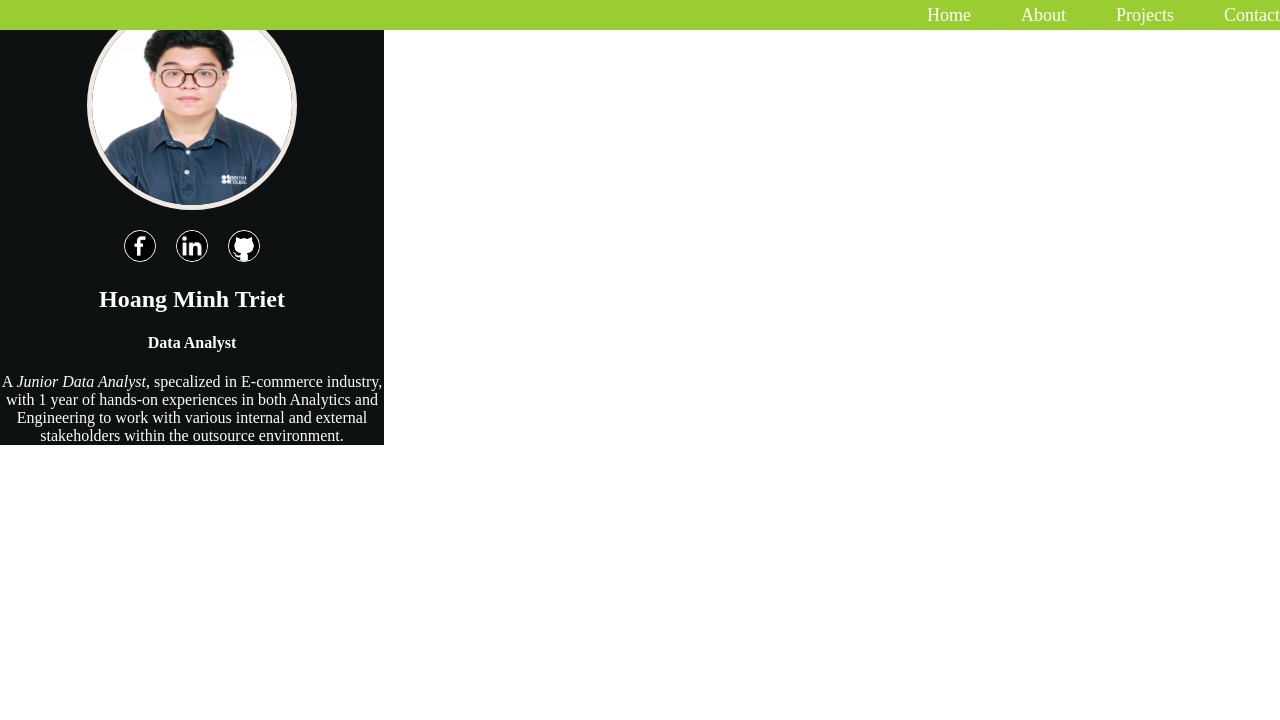
Repository: MinnTrit/personal_website
Page: http://localhost/
These files come from the project's save history. The page is drawn as it stood at one moment and after the next save; the edit follows.
The browser window is 1280 px wide. The pictures show the whole page.
The page is served by the project's application, run on Flask 3 (app.py).

Above is the page before, as saved 2025-01-29 12:23:08.

### templates/index.html
<!DOCTYPE html>
<html lang="en">
<head>
    <meta charset="UTF-8">
    <meta name="viewport" content="width=device-width, initial-scale=1.0">
    <link rel="stylesheet" href="{{ url_for('static', filename='css/styles.css') }}">
    <title>Data Engineer - Hoang Minh Triet</title>
</head>
<body>
    <header>
        <nav class="navbar">
            <a href="">Home</a>
            <a href="">About</a>
            <a href="">Projects</a>
            <a href="">Contact</a>
        </nav>
    </header>
    <main>
        <div class="picture">
            <img src="{{ url_for('static', filename='imgs/personal_image.jpg') }}" alt="personalImage">
            <div class="information">
                <a href="https://www.facebook.com/minhtriet05042003/" target="_blank">
                    <img class="facebook" src="{{ url_for('static', filename='imgs/facebook.jpg') }}" alt="facebook">
                </a>
                <a href="https://www.linkedin.com/in/minchit0504/" target="_blank">
                    <img class="linkedin" src="{{ url_for('static', filename='imgs/linkedin-logo.png') }}" alt="linkedin">
                </a>
                <a href="https://www.linkedin.com/in/minchit0504/" target="_blank">
                    <img class="github" src="{{ url_for('static', filename='imgs/github.png') }}" alt="github">
                </a>
            </div>
            <div class="pictureText">
                <h2>Hoang Minh Triet</h2>
                <h4>Data Analyst</h4>
                <p>A <em>Junior Data Analyst</em>, specalized in E-commerce industry, with 1 year of hands-on experiences in both Analytics and Engineering to work with various internal and external stakeholders within the outsource environment.</p>
            </div>
        </div>
    </main>
</body>
</html>

### app.py
from flask import Flask, request, render_template
app = Flask(__name__)
app.debug=True
#Initialize common variables
@app.route('/', methods=['GET', 'POST'])
def index():
    if request.method == 'GET':
        return render_template('index.html')

if __name__ == '__main__':
    app.run(host='0.0.0.0', port=5002, debug=True)

### static/css/styles.css
header {
    position: fixed; /* Position the header to always be at the top */
    top: 0px;
    left: 0px;
    width: 100%;
    height: 30px;
    background: yellowgreen;
    display: flex;
    align-items: center;
    justify-content: flex-end;
}

main {
    margin-top: 0px;
}

header .navbar {
    display: flex;
    gap: 50px;
}

.navbar a {
    font-size: 18px;
    color: white;
    text-decoration: none;
    font-weight: 500;
}

.navbar a:hover {
    color: #00abf0
}

html, body {
    height: 100%;
    margin: 0;
    color: white;
}

.picture {
    background-color:#0e1111;
    width: 30%;
    height: 100%;
}

.picture img {
    display: block;
    width: 200px;
    height: 200px;
    margin-left: auto;
    margin-right: auto;
    border-radius: 50%;
    border: 5px solid;
    border-color:#efe9e2;
}

.picture .pictureText {
    text-align: center;
    transform: translateY(100%);
    opacity: 0;
    animation: slideInFromBottom 1s ease-in-out forwards;
}

@keyframes slideInFromBottom {
    0% {
        transform: translateY(100%);
        opacity: 0;
    }
    100% {
        transform: translateY(0);
        opacity: 1;
    }
}


.sections {
    display: flex;
    justify-content: right;
    position: absolute;
    top: 0;
    right: 0;
    background-color:#3b444b;
    width: 70%;
    height: 100%;
    gap: 50px;
}

.sections .h2 {
    display: inline-block;
}

.information {
    margin-top: 20px;
    display: flex;
    justify-content: center;
    gap: 20px;
}

.information img {
    width: 30px;
    height: 30px;
    display: inline-block;
    border: 1px solid;
    border-color: white;
}

.information img:hover {
    opacity:1.0;
}

After the next save:
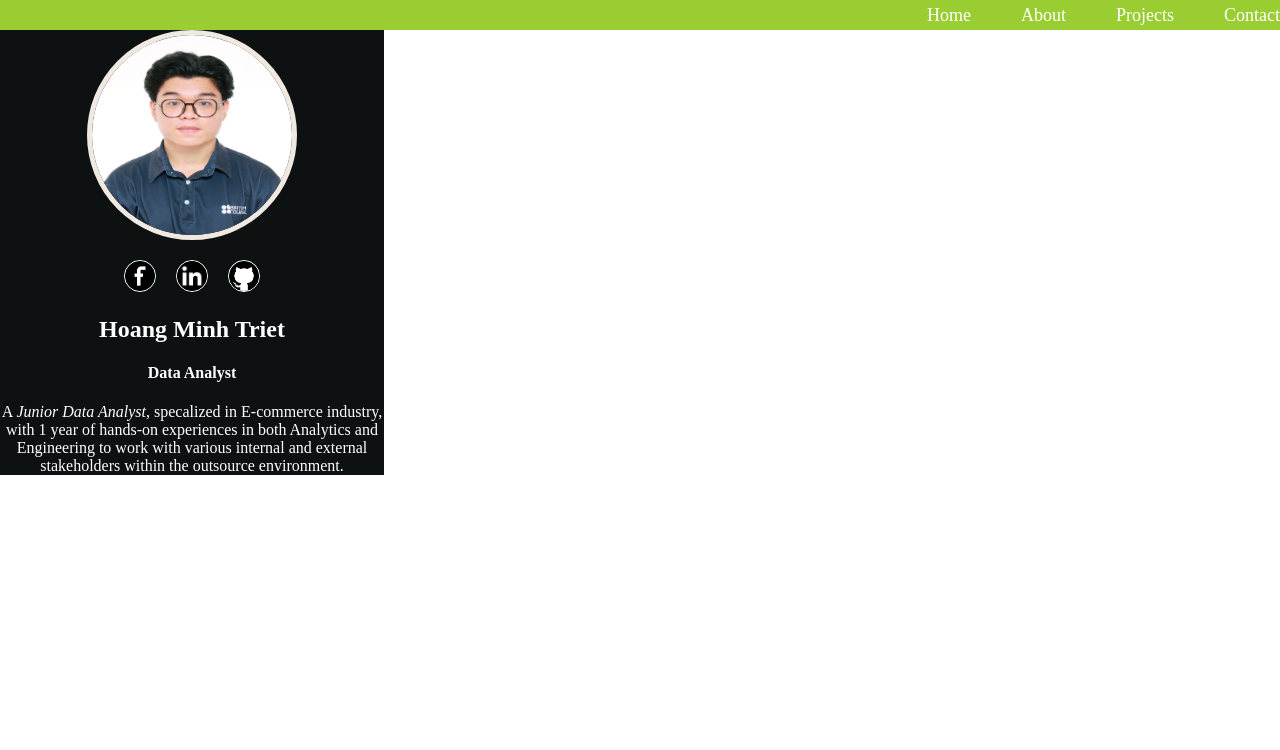
Saved 28 s later.
--- a/static/css/styles.css
+++ b/static/css/styles.css
@@ -11,7 +11,7 @@
 }
 
 main {
-    margin-top: 0px;
+    margin-top: 30px;
 }
 
 header .navbar {

After the save that followed:
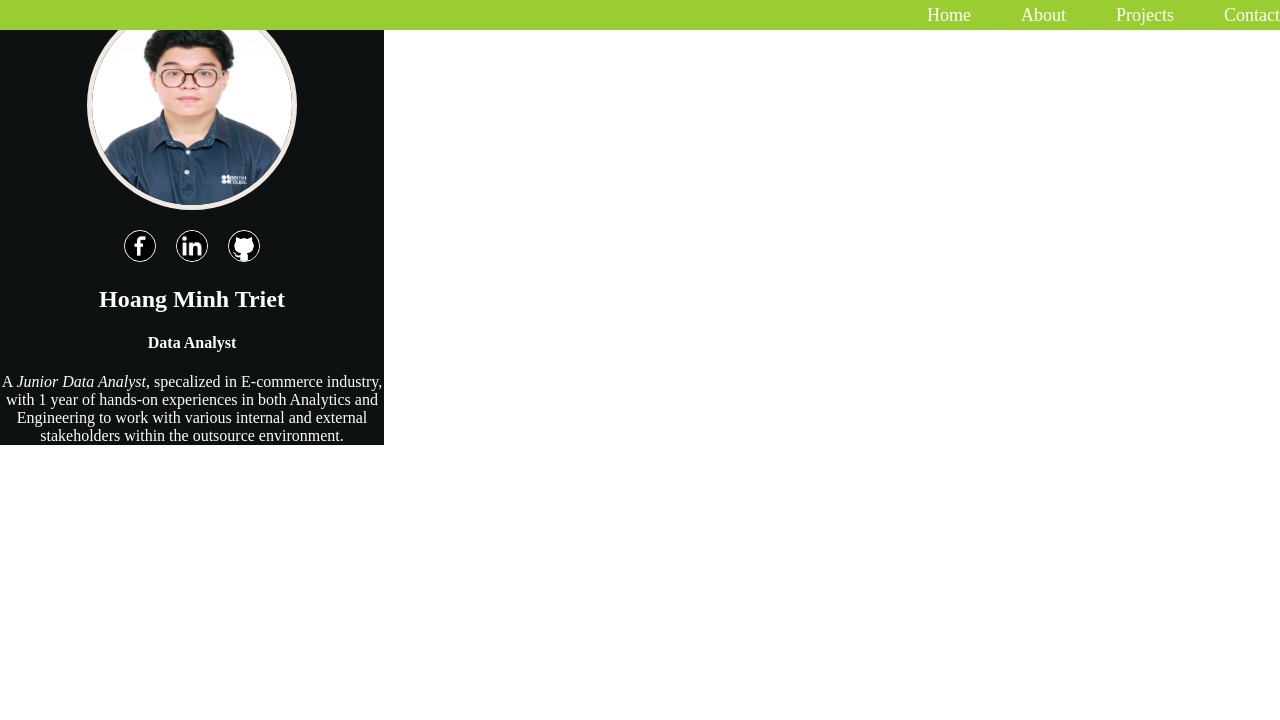
Saved 18 s later.
--- a/static/css/styles.css
+++ b/static/css/styles.css
@@ -8,10 +8,6 @@
     display: flex;
     align-items: center;
     justify-content: flex-end;
-}
-
-main {
-    margin-top: 30px;
 }
 
 header .navbar {
